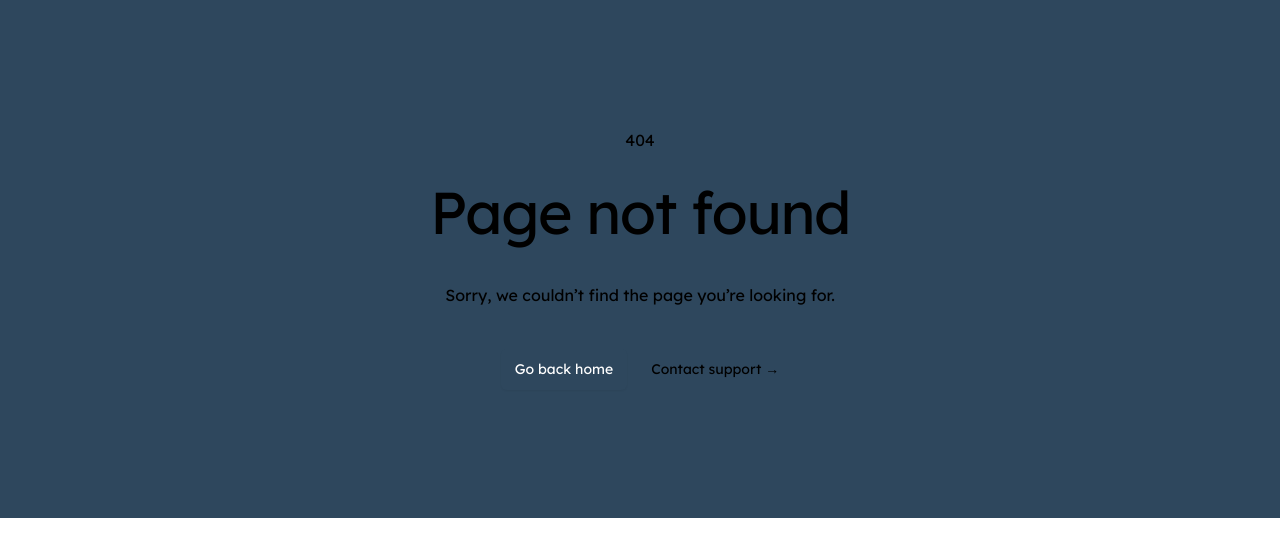
Repository: VereAbsolutum/site-institucional
Page: /about
An editor plug-in stored every save of this project. The page is shown before and after the next save, followed by the edit.
The browser window is 1280 px wide. The pictures show the whole page.
The project was rebuilt for these pictures with package versions that can differ from the ones it lists, and the page was loaded fresh each time. Also part of the build but not shown: vite.config.ts, src/presentation/components/header/components/mobile-menu.tsx, src/presentation/components/header/components/main-menu.tsx, src/presentation/components/header/components/index.ts, src/presentation/components/header/header.tsx, src/presentation/components/footer/footers.tsx, src/presentation/components/buttons/button-base.tsx, src/presentation/components/buttons/button-border-primary.tsx and 31 more.

Above is the page before, as saved 2023-04-16 21:40:28.

After the next save:
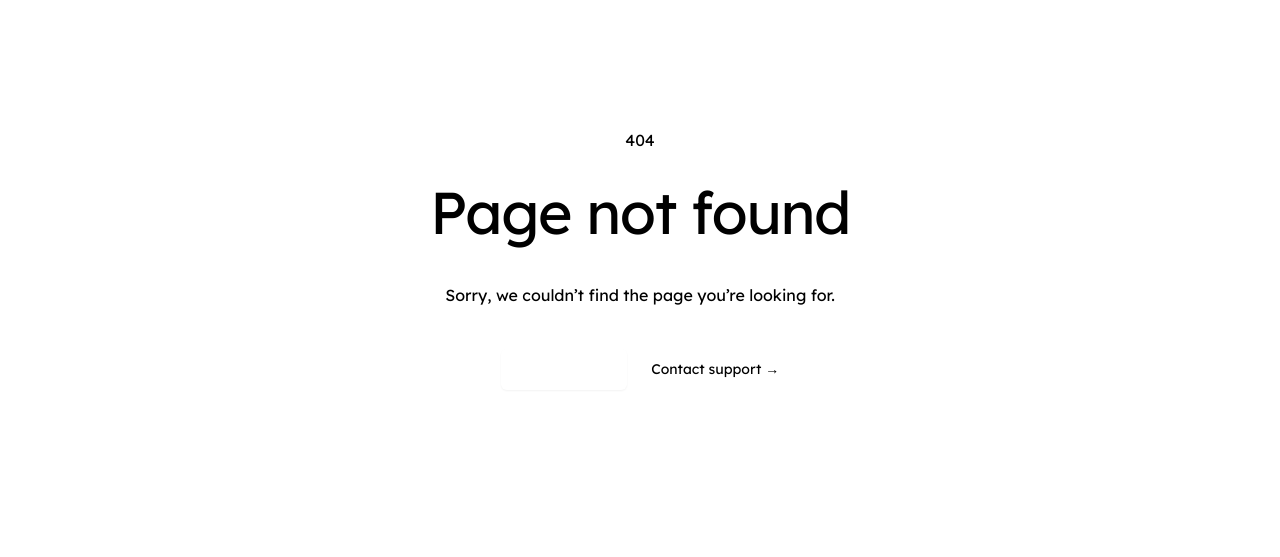
Saved 59 s later.
--- a/src/presentation/pages/not-found/notFound.tsx
+++ b/src/presentation/pages/not-found/notFound.tsx
@@ -5,7 +5,7 @@ interface Props { }
 const notFound: React.FC<Props> = () => {
     return (
         <>
-            <main className="grid min-h-full place-items-center bg-blue px-6 py-24 sm:py-32 lg:px-8">
+            <main className="grid min-h-full place-items-center px-6 py-24 sm:py-32 lg:px-8">
                 <div className="text-center">
                     <p className="text-base font-semibold text-indigo-600">404</p>
                     <h1 className="mt-4 text-3xl font-bold tracking-tight text-gray-900 sm:text-5xl">Page not found</h1>
